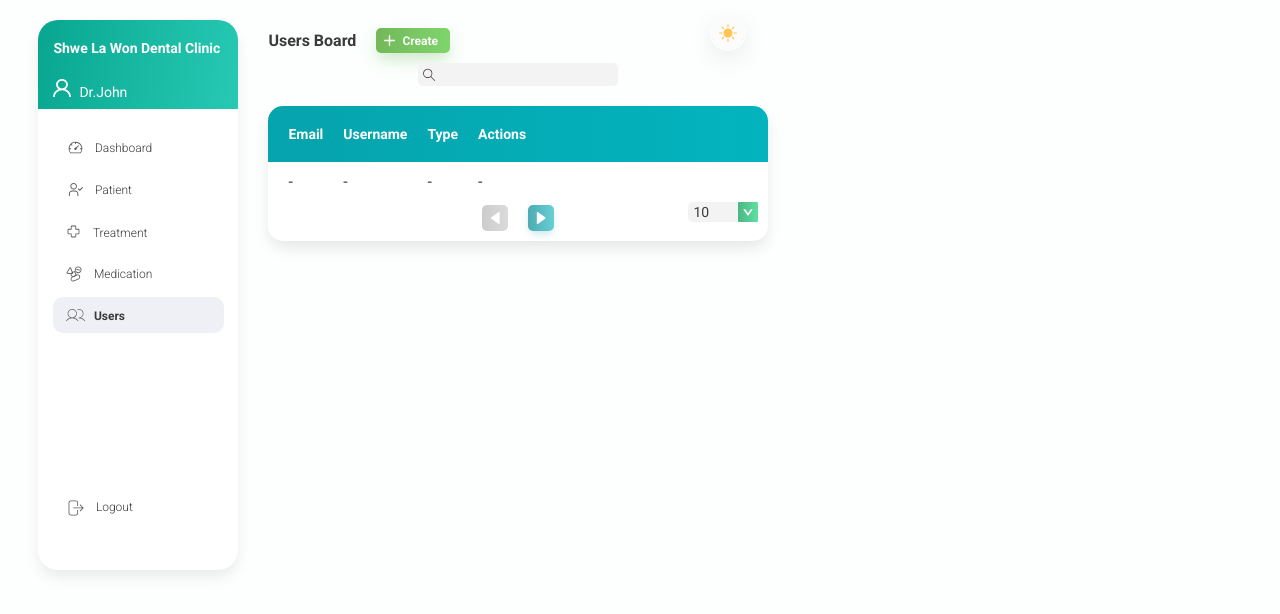
Repository: mrkaskar/frontendpatientrecord_typescript
Page: /users
The author's editor kept a copy of each file at every save. The page is drawn from the files as they stood at one save, then again after the next save.
The browser window is 1280 px wide. The pictures show the whole page.
The page's requests for data from a server got no answer. The project was rebuilt for these pictures with package versions that can differ from the ones it lists, and the page was loaded fresh each time. A package was used in the major version that the imports need, not the one package.json lists. No one was signed in, and anything a server would have sent is missing. Also part of the build but not shown: src/components/checkbox/styles/index.css, src/components/checkbox/main.tsx, src/components/dropdown/main.tsx, src/components/textbox/styles/index.css, src/components/textbox/main.tsx, src/components/modal/styles/index.css, src/components/modal/main.tsx, src/components/imageupload/styles/index.css and 35 more.

Above is the page before, as saved 2021-12-27 12:50:25.

After the next save:
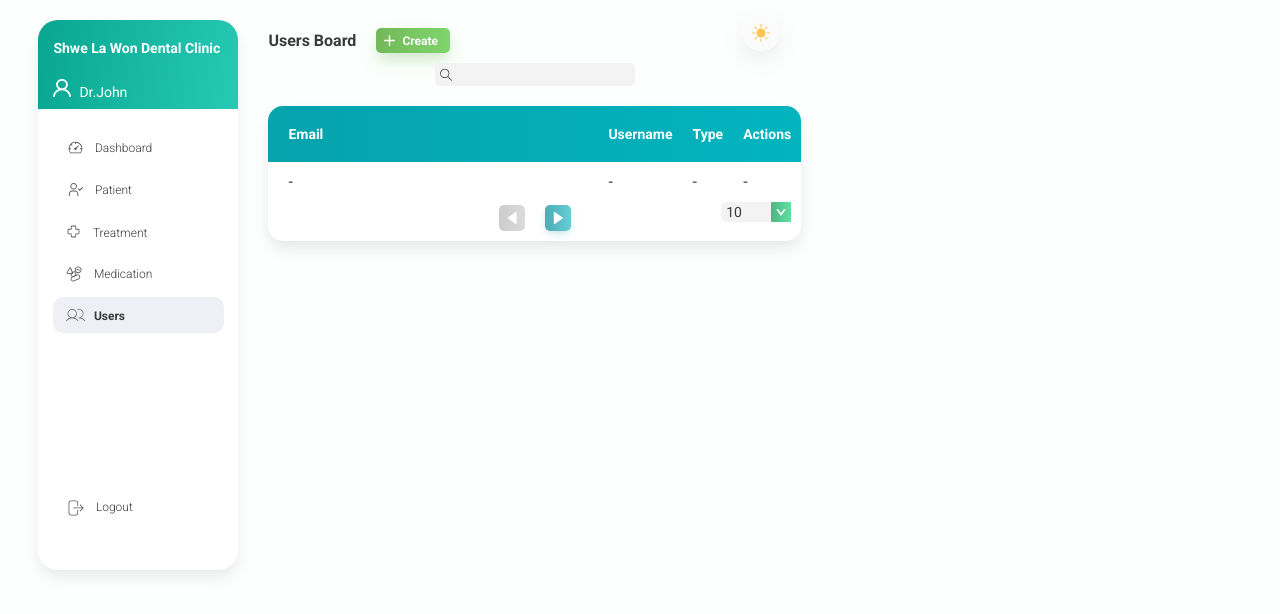
Saved 42 min 50 s later.
--- a/src/components/table/styles/index.css
+++ b/src/components/table/styles/index.css
@@ -39,6 +39,9 @@
   width: 320px;
 }
 
+.Email {
+  width: 300px;
+}
 .Actions {
   margin-right: 10px;
 }
